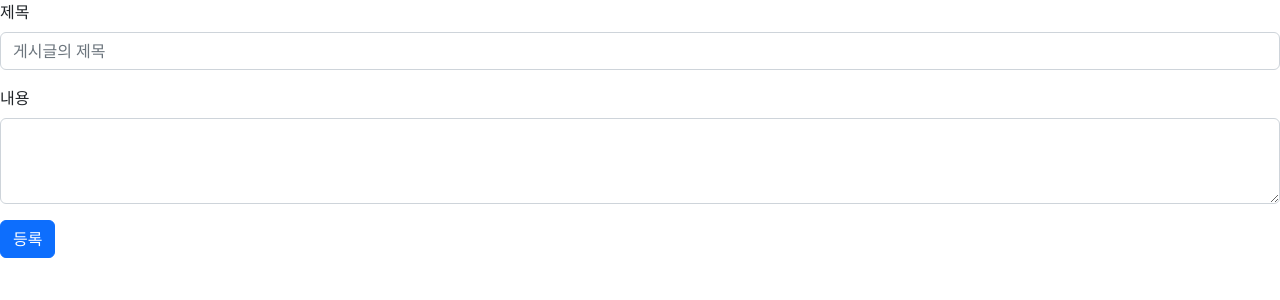
Repository: MeteorLee/Fastcampus_Spring
Page: http://localhost/java-web-01-jsp/board/form.jsp
These files come from the project's save history. The page is drawn as it stood at one moment and after the next save; the edit follows.
The browser window is 1280 px wide. The pictures show the whole page.
The page is served by Tomcat 9. Queries for data that is not in the repository find no rows.

Above is the page before, as saved 2022-12-23 10:40:05.

After the next save:
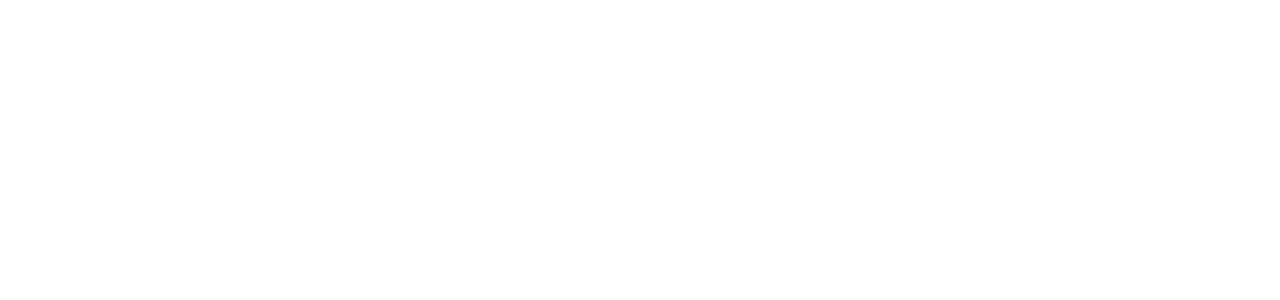
Saved 3 min 28 s later.
--- a/java-web-01-jsp/WebContent/board/form.jsp
+++ b/java-web-01-jsp/WebContent/board/form.jsp
@@ -1,3 +1,8 @@
+<%@page import="java.sql.Statement"%>
+<%@page import="java.sql.ResultSet"%>
+<%@page import="java.sql.PreparedStatement"%>
+<%@page import="java.sql.DriverManager"%>
+<%@page import="java.sql.Connection"%>
 <%@ page language="java" contentType="text/html; charset=UTF-8"
     pageEncoding="UTF-8"%>
 <!DOCTYPE html>
@@ -7,8 +12,70 @@
 		<title>Insert title here</title>
 		<link href="https://cdn.jsdelivr.net/npm/bootstrap@5.2.3/dist/css/bootstrap.min.css" rel="stylesheet" integrity="sha384-rbsA2VBKQhggwzxH7pPCaAqO46MgnOM80zW1RWuH61DGLwZJEdK2Kadq2F9CUG65" crossorigin="anonymous">
 	</head>
-
 	<body>
+<%
+	// 현재 페이지에 들어올 때 파라메터의 값을 boardSeq 변수에 담음.
+	String boardSeq = request.getParameter("boardSeq");
+	// 파라메터 필수 체크 값이 없으면 뒤로가기 처리.
+	if (boardSeq == null || boardSeq.isEmpty()) {
+		out.println("<script>");
+		out.println("alert('게시물 번호가 없습니다.');");
+		out.println("history.back(-1);");
+		out.println("</script>");
+		return;
+	}
+	// DB에 접속을 하고 위에 내용을 저장하는 소스 구현
+	Connection connection = null;
+	ResultSet rs = null;
+	try {
+		Class.forName("com.mysql.cj.jdbc.Driver");
+		// 데이터베이스 접속을 위한 정보 set
+		String jdbcUrl = "jdbc:mysql://localhost:3307/profile";
+		// db설치시 기입한 접속정보 set
+		String user = "root";
+		String password = "1234";
+		// db 접속 커넥션을 획득
+		connection = DriverManager.getConnection(jdbcUrl, user, password);
+		String sql = "SELECT BOARD_SEQ, TITLE, CONTENTS, REG_DATE FROM T_BOARD " +
+			"WHERE BOARD_SEQ = " + boardSeq;
+		// DB 커넥션 소스를 구현해야되요.
+		Statement stmt = connection.createStatement();
+		rs = stmt.executeQuery(sql);
+		while (rs.next()) {
+%>
+		<div class="card text-center">
+		  <div class="card-header">
+		    <%=rs.getString("BOARD_SEQ") %>
+		  </div>
+		  <div class="card-body">
+		    <h5 class="card-title"><%=rs.getString("TITLE") %></h5>
+		    <p class="card-text"><%=rs.getString("CONTENTS") %></p>
+		  </div>
+		  <div class="card-footer text-muted">
+		    <%=rs.getString("REG_DATE") %>
+		  </div>
+		</div>
+<%
+		}
+%>
+<%
+	} catch (Exception e) {
+		e.printStackTrace();
+	} finally {
+		try {
+			// ResultSet 연결을 종료
+			if (rs != null) {
+				rs.close();
+			}
+			// db 커넥션 연결을 종료
+			if (connection != null) {
+				connection.close();
+			}
+		} catch (Exception e) {
+			e.printStackTrace();
+		}
+	}
+%>
 	<form action="/board/save.jsp" method="post">
 		<div class="mb-3">
 			<label for="title"  class="form-label">제목</label> <input

After the 3 saves that followed:
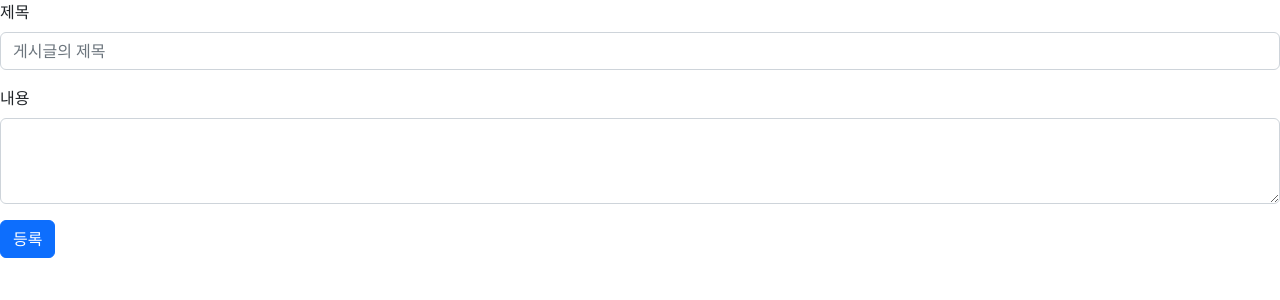
The 3 saves are shown as one change because 2 left the picture as it was.
The last was saved 2 min 12 s later.
--- a/java-web-01-jsp/WebContent/board/form.jsp
+++ b/java-web-01-jsp/WebContent/board/form.jsp
@@ -16,13 +16,11 @@
 <%
 	// 현재 페이지에 들어올 때 파라메터의 값을 boardSeq 변수에 담음.
 	String boardSeq = request.getParameter("boardSeq");
+	String title ="";
+	String contents = "";
 	// 파라메터 필수 체크 값이 없으면 뒤로가기 처리.
 	if (boardSeq == null || boardSeq.isEmpty()) {
-		out.println("<script>");
-		out.println("alert('게시물 번호가 없습니다.');");
-		out.println("history.back(-1);");
-		out.println("</script>");
-		return;
+
 	}
 	// DB에 접속을 하고 위에 내용을 저장하는 소스 구현
 	Connection connection = null;
@@ -42,23 +40,7 @@
 		Statement stmt = connection.createStatement();
 		rs = stmt.executeQuery(sql);
 		while (rs.next()) {
-%>
-		<div class="card text-center">
-		  <div class="card-header">
-		    <%=rs.getString("BOARD_SEQ") %>
-		  </div>
-		  <div class="card-body">
-		    <h5 class="card-title"><%=rs.getString("TITLE") %></h5>
-		    <p class="card-text"><%=rs.getString("CONTENTS") %></p>
-		  </div>
-		  <div class="card-footer text-muted">
-		    <%=rs.getString("REG_DATE") %>
-		  </div>
-		</div>
-<%
 		}
-%>
-<%
 	} catch (Exception e) {
 		e.printStackTrace();
 	} finally {
